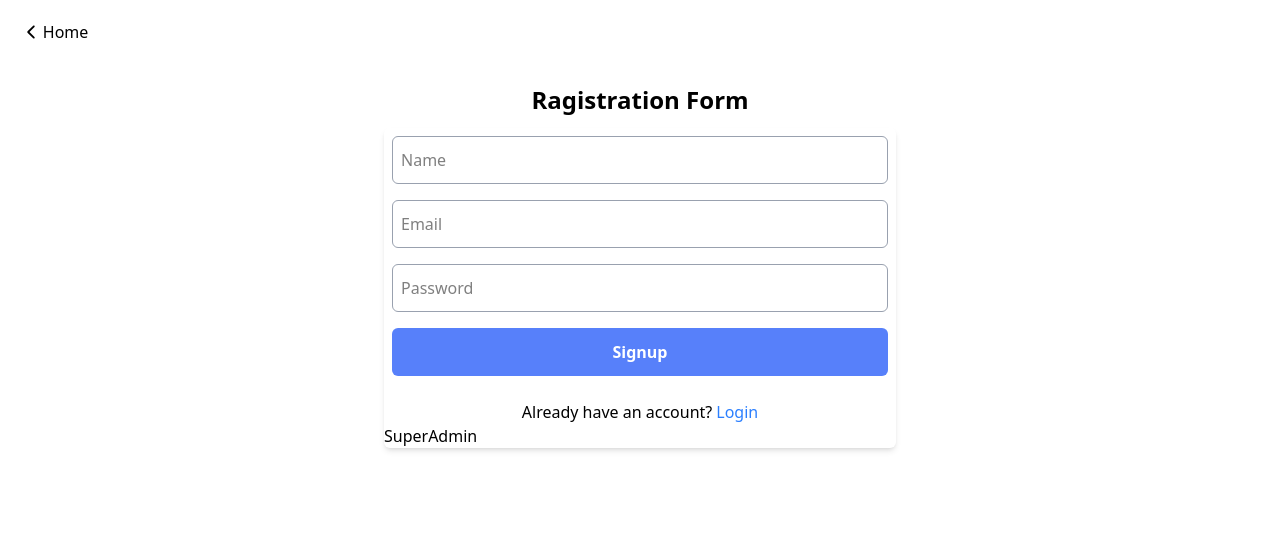
Repository: GAURAV-KUMAR22/restro-food-order-app
Page: /signup (app in qr-app/)
The author's editor kept a copy of each file at every save. The page is drawn from the files as they stood at one save, then again after the next save.
The browser window is 1280 px wide. The pictures show the whole page.
The page's requests for data from a server got no answer. The project was rebuilt for these pictures with package versions that can differ from the ones it lists, and the page was loaded fresh each time. No one was signed in, and anything a server would have sent is missing. Also part of the build but not shown: qr-app/vite.config.js, qr-app/src/Services/ProtectedRoutes.jsx, qr-app/src/components/CardItem.jsx, qr-app/src/components/CardDetails.jsx, qr-app/src/components/Client/CategoryCard.jsx, qr-app/src/Services/Socket.js, qr-app/src/components/Client/OrderStatusCard.jsx, qr-app/src/components/Client/SearchInput.jsx and 33 more.

Above is the page before, as saved 2025-06-11 09:39:44.

### qr-app/index.html
<!DOCTYPE html>
<html lang="en">
  <head>
    <meta charset="UTF-8" />
    <link rel="icon" type="image/svg+xml" href="/vite.svg" />
    <meta name="viewport" content="width=device-width, initial-scale=1.0" />
    <title>Vite + React</title>
    <style>
      @import url("https://fonts.googleapis.com/css2?family=Inter:ital,opsz,wght@0,14..32,100..900;1,14..32,100..900&display=swap");
    </style>
  </head>
  <body>
    <div id="root"></div>
    <script type="module" src="/src/main.jsx"></script>
  </body>
</html>

### qr-app/src/main.jsx
import React, { StrictMode } from "react";
import { createRoot } from "react-dom/client";
import "./index.css";
import App from "./App.jsx";
import { BrowserRouter } from "react-router-dom";
import { Provider } from "react-redux";
import store from "./Store/store.js";
import { AuthProvider } from "../Context/AuthProvider";

createRoot(document.getElementById("root")).render(
  // <StrictMode>
  <BrowserRouter>
    <Provider store={store}>
      <AuthProvider>
        <App />
      </AuthProvider>
    </Provider>
  </BrowserRouter>
  // </StrictMode>,
);

### qr-app/src/index.css
@import "tailwindcss";
.coverimg {
  background: url('/public/assets.image1.png');
}

### qr-app/src/App.jsx
import React, { useEffect } from "react";
import ScrollToTop from "./components/ScrollToTop";
import QrCode from "react-qr-code";
import { Suspense, lazy } from "react";
import { Route, Routes } from "react-router-dom";
import "./App.css";
import { ProtectedRoutes } from "./Services/ProtectedRoutes";
import { Home } from "./Pages/Clients/Home";
import { CartPage } from "./Pages/Clients/CartPage";
import { Category as FoodCategory } from "./Pages/Clients/Category";
import { PaymentsMethod } from "./Pages/Clients/PaymentsMethod";
import { DashBoardPage } from "./Pages/Admin/DashBoardPage";
import { NewProduct } from "./Pages/Admin/NewProduct";
import { NewCategory } from "./Pages/Admin/NewCategory";
import { Category } from "./Pages/Admin/Category";
import { OrderSuccess } from "./Pages/Clients/Order-Success";
import { Signup } from "./Pages/Auth/Signup";
import { Login } from "./Pages/Auth/Login";
import { UserInfo } from "./Pages/Clients/UserInfo";
import { PaymentPage } from "./Pages/Clients/PaymentPage";
import { OrderUpdate } from "./Pages/Admin/OrderUpdate";
import { TotalSale } from "./Pages/Admin/TotalSale";
import { GraphicalPage } from "./Pages/Admin/GraphicalPage";
import { ProductsDetails } from "./Pages/Clients/ProductsDetails";
import { CategoryView } from "./Pages/Admin/CategoryView";
import { TodayOrderStat } from "./Pages/Admin/TodayOrderStat";
import { io } from "socket.io-client";
import { useAuth } from "../Context/AuthProvider";

import { Toaster } from "react-hot-toast";
import { ShopDetails } from "./Pages/ShopDetails";
import { SuperAdminSignup } from "./Pages/Auth/SuperAdminSignup";
import { DashBoard } from "./Pages/SuperAdmin/DashBoard";
import { SuperAdminLogin } from "./Pages/Auth/SuperAdminLogin";
import { AllAdmin } from "./Pages/SuperAdmin/AllAdmin";
import { PendingAdmins } from "./Pages/SuperAdmin/PendingAdmins";

const backendUrl =
  import.meta.env.VITE_MODE === "Production"
    ? import.meta.env.VITE_BACKEND_PROD
    : import.meta.env.VITE_BACKEND_DEV;

const socket = io(backendUrl);
function App() {
  const { isAuthenticated } = useAuth();

  useEffect(() => {
    const handleConnect = () => {};

    const handleDisconnect = () => {};

    socket.on("connect", handleConnect);
    socket.on("disconnect", handleDisconnect);

    return () => {
      socket.off("connect", handleConnect);
      socket.off("disconnect", handleDisconnect);
    };
  }, []);

  return (
    <div className="box-border">
      <QrCode
        value="https://food-order-app-1-jddi.onrender.com/"
        className="hidden"
      />
      <ScrollToTop />

      <Suspense
        fallback={
          <div className="m duration-400 x-auto my-auto w-[98%] animate-pulse">
            <div>
              <div className="mb-4 h-[250px] rounded-lg bg-gray-400"></div>
            </div>
            <div className="mb-4 h-[30px] w-full rounded bg-gray-400"></div>
            <div className="mb-8 flex gap-4">
              {[...Array(5)].map((_, i) => (
                <div
                  key={i}
                  className="h-[180px] w-[170px] rounded-2xl bg-gray-400"
                ></div>
              ))}
            </div>
            <div className="mb-4 flex gap-4">
              {[...Array(5)].map((_, i) => (
                <div
                  key={i}
                  className="h-[180px] w-[170px] rounded-2xl bg-gray-400"
                ></div>
              ))}
            </div>
            <div className="mb-4 h-[35px] w-full rounded bg-gray-400"></div>
            <div className="mb-4 h-[35px] w-full rounded bg-gray-400"></div>
          </div>
        }
      >
        <Routes className="min-w-[375px] h-auto">
          {/* SuperAdmin */}

          <Route path="/signup/superadmin" element={<SuperAdminSignup />} />
          <Route path="/login/superadmin" element={<SuperAdminLogin />} />
          <Route path="/superAdmin" element={<DashBoard />} />
          <Route path="/superAdmin/admin-list" element={<AllAdmin />} />
          <Route path="/superAdmin/pending-admin" element={<PendingAdmins />} />

          {/* Client */}
          <Route index element={<ShopDetails />} />
          <Route path="/login" element={<Login />} />
          <Route path="/signup" element={<Signup />} />
          {/* Default for /shop/:shop */}
          <Route path="/shop/:shopId">
            <Route index element={<Home />} /> {/* Default for /shop/:shop */}
            <Route path="user-info" element={<UserInfo />} />
            <Route path="product/:id" element={<ProductsDetails />} />
            <Route path="cart" element={<CartPage />} />
            <Route path="cart-bill" element={<PaymentsMethod />} />
            <Route path=":category" element={<FoodCategory />} />
            <Route path="payment" element={<PaymentPage />} />
            <Route path="order-success" element={<OrderSuccess />} />
          </Route>
          {/* Admin Protected Routes */}
          <Route path="/" element={<ProtectedRoutes />} className="box-border">
            <Route index path="/admin" element={<DashBoardPage />} />
            <Route path="/admin/createProduct" element={<NewProduct />} />
            <Route path="/admin/Category" element={<Category />} />
            <Route path="/admin/newCategory" element={<NewCategory />} />
            <Route path="/admin/:category" element={<CategoryView />} />
            <Route path="/admin/pending-orders" element={<OrderUpdate />} />
            <Route path="/admin/totelsale" element={<TotalSale />} />
            <Route path="/admin/data-visualize" element={<GraphicalPage />} />
            <Route path="/admin/today-orders" element={<TodayOrderStat />} />
          </Route>
        </Routes>
      </Suspense>
      <Toaster />
    </div>
  );
}

export default App;

### qr-app/src/Store/store.js
import { configureStore } from "@reduxjs/toolkit";
import cartSlice from "../Redux/Cart/index.js";
const store = configureStore({
    reducer: {
        cart: cartSlice
    }
});
export default store;

### qr-app/Context/AuthProvider.jsx
import React, { createContext, useContext, useEffect, useState } from "react";
import PrivateAxios from "../src/Services/PrivateAxios.js";

const AuthContext = createContext();

export const AuthProvider = ({ children }) => {
  const [isAuthenticated, setAuthenticated] = useState(false);
  const [loading, setLoading] = useState(true);

  useEffect(() => {
    const checkAuth = async () => {
      try {
        const res = await PrivateAxios.get("/auth/check");
        setAuthenticated(res.data.authenticated);
      } catch {
        setAuthenticated(false);
      } finally {
        setLoading(false);
      }
    };

    checkAuth();
  }, []);

  if (loading) return <div>Loading...</div>;

  return (
    <AuthContext.Provider value={{ isAuthenticated, setAuthenticated }}>
      {children}
    </AuthContext.Provider>
  );
};

export const useAuth = () => useContext(AuthContext);

### qr-app/src/components/ScrollToTop.jsx
// ScrollToTop.jsx
import { useEffect } from "react";
import { useLocation } from "react-router-dom";

const ScrollToTop = () => {
    const { pathname } = useLocation();

    useEffect(() => {
        // Scrolls to top whenever pathname changes
        window.scrollTo(0, 0);
    }, [pathname]);

    return null;
};

export default ScrollToTop;

### qr-app/src/Pages/Auth/Signup.jsx
import React, { useState } from "react";
import { Link, Links, useNavigate } from "react-router-dom";
import publicAxios from "../../Services/PublicAxios";
import { ReverseButton } from "../../components/Client/ReverseButton";
export const Signup = () => {
  const naviagate = useNavigate();
  const [form, setForm] = useState({
    name: "",
    email: "",
    password: "",
  });
  const [errors, setErrors] = useState({});

  const validate = () => {
    const newErrors = {};

    if (!form.name) {
      newErrors.name = "Name is required";
    }

    const emailRegex = /^[a-zA-Z0-9._%+-]+@[a-zA-Z0-9-]+(?:\.[a-zA-Z]{2,})+$/;

    if (!form.email.trim() || !emailRegex.test(form.email)) {
      newErrors.email = "Email is not correct";
    }

    const passwordRezax =
      /(?=.*[A-Z])(?=.*[a-z])(?=.*\d)(?=.*[@*$%&+=!]).{8,}$/;

    if (!form.password.trim() || !passwordRezax.test(form.password)) {
      newErrors.password =
        "Password must be Atleats One upparcase later and one lowercase and any symbol";
    }

    setErrors(newErrors);
    return Object.keys(newErrors).length === 0;
  };

  async function handleForm(e) {
    e.preventDefault();
    if (validate()) {
      const resoponce = await publicAxios.post("/auth/signup", form);
      if (!resoponce.status === 201) {
        throw new Error({ message: "Responce Failed" });
      }
      naviagate("/login");
    }
  }

  function handleInput(e) {
    e.preventDefault();
    const { name, value } = e.target;
    setForm({ ...form, [name]: value });
  }
  return (
    <div className="  my-0  relative">
      <div className="flex justify-start w-[98%] mx-auto mt-3">
        <ReverseButton route={"/"} routeName={"Home"} css={"text-left"} />
      </div>
      <div className="mt-10 flex flex-col items-center ">
        <h2 className="flex justify-center text-2xl font-semibold">
          Ragistration Form
        </h2>
        <form
          onSubmit={handleForm}
          className="w-full sm:w-full md:w-[50%] lg:w-[40%] m-3 shadow-md rounded-md flex flex-col justify-center"
        >
          <div className="flex flex-col">
            <input
              type="text"
              name="name"
              placeholder="Name"
              required
              className="m-2 border border-gray-400 pl-2 h-12 rounded-md"
              onChange={handleInput}
            />
            {errors.name && <p style={{ color: "red" }}>{errors.name}</p>}
          </div>
          <div className="flex flex-col">
            <input
              type="email"
              name="email"
              placeholder="Email"
              required
              className="m-2 border border-gray-400 pl-2 h-12 rounded-md"
              onChange={handleInput}
            />
            {errors.email && <p style={{ color: "red" }}>{errors.email}</p>}
          </div>
          <div className="flex flex-col">
            <input
              type="password"
              name="password"
              placeholder="Password"
              required
              className="m-2 border border-gray-400 pl-2 h-12 rounded-md"
              onChange={handleInput}
            />
            {errors.password && (
              <p style={{ color: "red" }}>{errors.password}</p>
            )}
          </div>

          {/* 🛠 No extra div! Directly button */}
          <button
            type="submit"
            className="m-2 bg-[#5780FA] text-white font-semibold h-12 rounded-md hover:bg-blue-600 transition duration-300"
          >
            Signup
          </button>

          <p className="flex justify-center mt-4">
            Already have an account?
            <Link className="text-blue-500 ml-1" to="/login">
              Login
            </Link>
          </p>
          <p>
            <Link to={"/signup/superadmin"}>SuperAdmin</Link>
          </p>
        </form>
      </div>
    </div>
  );
};

### qr-app/src/Redux/Cart/index.js
import { createSlice } from "@reduxjs/toolkit";

// Helper to load cart from localStorage
const getInitialCart = () => {
  const storedCart = localStorage.getItem("cart");
  return storedCart ? JSON.parse(storedCart) : [];
};

export const cartSlice = createSlice({
  name: "cart",
  initialState: {
    cartItems: getInitialCart(), // Load initial cart state from localStorage
  },
  reducers: {
    addToCart: (state, action) => {
      const product = action.payload;
      const existingItem = state.cartItems.find(
        (item) => item._id === product._id
      );

      if (existingItem) {
        existingItem.quantity += 1;
      } else {
        state.cartItems.push({ ...product, quantity: 1 });
      }

      // Sync with localStorage
      localStorage.setItem("cart", JSON.stringify([...state.cartItems]));
    },

    incrementCart: (state, action) => {
      const item = state.cartItems.find((item) => item._id === action.payload);
      if (item) {
        item.quantity += 1;
        localStorage.setItem("cart", JSON.stringify([...state.cartItems]));
      }
    },

    removeFromCart: (state, action) => {
      const productId = action.payload;
      const existingItem = state.cartItems.find(
        (item) => item._id === productId
      );

      if (existingItem) {
        if (existingItem.quantity > 1) {
          existingItem.quantity -= 1;
        } else {
          state.cartItems = state.cartItems.filter(
            (item) => item._id !== productId
          );
        }
        localStorage.setItem("cart", JSON.stringify([...state.cartItems]));
      }
    },

    updateQuantity: (state, action) => {
      const { id, quantity } = action.payload;
      const itemIndex = state.cartItems.findIndex((item) => item._id === id);

      if (itemIndex !== -1) {
        if (quantity === 0) {
          state.cartItems.splice(itemIndex, 1); // Remove item
        } else {
          state.cartItems[itemIndex].quantity = quantity; // Update quantity
        }
      }

      localStorage.setItem("cart", JSON.stringify([...state.cartItems]));
    },

    clearCart: (state) => {
      state.cartItems = [];
      localStorage.removeItem("cart");
    },

    loadCartFromLocalStorage: (state) => {
      const storedCart = localStorage.getItem("cart");
      if (storedCart) {
        state.cartItems = JSON.parse(storedCart);
      }
    },

    syncCartFromLocalStorage: (state) => {
      const cart = localStorage.getItem("cart");
      state.cartItems = cart ? JSON.parse(cart) : [];
    },
  },
});

export const {
  addToCart,
  removeFromCart,
  incrementCart,
  loadCartFromLocalStorage,
  clearCart,
  syncCartFromLocalStorage,
  updateQuantity,
} = cartSlice.actions;

export default cartSlice.reducer;

### qr-app/src/Services/PrivateAxios.js
import axios from "axios";

const PrivateAxios = axios.create({
  baseURL: `${
    import.meta.env.VITE_MODE === "Production"
      ? import.meta.env.VITE_BACKEND_PROD
      : import.meta.env.VITE_BACKEND_DEV
  }/api/v1`,
  headers: {
    "Content-Type": "application/json",
  },
  withCredentials: true, // ✅ Required for sending cookies with requests
});

PrivateAxios.interceptors.request.use(
  (response) => response,
  (error) => {
    if (error.response?.status === 401) {
      console.warn("Unauthorized. Possibly invalid or expired session.");
      // Optional: redirect to login or clear local app state
      // window.location.href = "/login";
    }
    return Promise.reject(error);
  }
);

export default PrivateAxios;

### qr-app/src/Pages/Clients/Home.css
* {
  box-sizing: border-box;
}

.hide-scrollbar::-webkit-scrollbar {
  display: none;
}
.hide-scrollbar {
  -ms-overflow-style: none; /* IE and Edge */
  scrollbar-width: none; /* Firefox */
}

.search-container {
  margin: 16px;
  position: static;
  width: 343;
  height: 78;
  top: 224px;
  left: 16px;
  gap: 12px;
}

.search-container p {
  text-align: center;
}

.search-input {
  width: 343px;
  height: 40px;
  gap: 4px;
  border-radius: 8px;
  padding-top: 10px;
  padding-right: 16px;
  padding-bottom: 10px;
  padding-left: 16px;
  border-width: 1px;
  text-align: center;
  border: 1px solid #cdd6de;
}

.food-items {
  display: flex;
  margin: 10px 0 10px 10px;
  overflow-x: scroll;
  gap: 10px;
}

.item-card {
  width: 62px;
  height: 82px;
  gap: 2px;
  text-align: center;
}

.item-card p {
  width: 62;
  height: 18;
  font-family: Inter;
  font-weight: 500;
  font-size: 11px;
  line-height: 17.6px;
  letter-spacing: -0.4%;
  text-align: center;
  padding-left: 2px;
}

.best-seller-item {
  margin: 10px;
}

.detail-card {
  min-width: 140px;
  max-height: 140px;
  gap: 4px;
  border-radius: 16px;
  padding: 8px;
  margin-bottom: 10px;
  background: #ffffff;
  overflow-x: scroll;
  margin: 5px;
}

.detail-card img {
  /* width: 90; */
  height: 65;
  justify-content: center;
  align-items: center;
  display: flex;
  text-align: center;
}

.detail-card-head {
  display: flex;
  gap: 80px;
  margin-top: 10px;
  justify-content: space-between;
}

.cardList {
  display: flex;
  gap: 4px;
}

.detail-card h3 p {
  width: 108px;
  height: 23px;
  font-family: Inter;
  font-weight: 500;
  font-size: 14px;
  line-height: 22.4px;
  letter-spacing: -1%;
  background: #000000;
}

.burger-item-list {
  width: 344px;
  height: 169px;
  justify-content: space-between;
  display: flex;
  flex-wrap: wrap;
}

.detail-card button {
  width: 132px;
  height: 32px;
  gap: 10px;
  border-radius: 8px;
  padding-top: 4px;
  padding-right: 8px;
  padding-left: 8px;
  border-width: 1px;
  background: #f9d718;
  border: 1px solid #f9d718;
}

.detail-card-specil {
  width: 159px;
  height: 169px;
  padding-inline: 10px;
  border-radius: 16px;
  background: #ffffff;
  box-shadow: 0px 10px 20px 0px #adb3561a;
}

/* Burger Page */

.item-cards {
  display: flex;
  width: 375;
  height: 58;
  top: 44px;
  gap: 10px;
  padding-right: 21px;
  padding-bottom: 16px;
  padding-left: 21px;
}

.item-card a {
  display: flex;
  gap: 2px;
}

.burger-item-list {
  display: grid;
  align-content: flex-start;
  flex-wrap: wrap;
  top: 110px;
  left: 16px;
}

/* Orders page */

.order-container {
  background: #ffffff;
}

.orderDetils {
  width: 100%;
  min-width: 344;
  height: 12;
  justify-content: space-between;
  border-radius: 16px;
  padding: 8px;
}

.order-detils-card {
  display: flex;
  width: 344;
  height: 120;
  justify-content: space-between;
  border-radius: 16px;
  margin: 5px;
  background: #ffffff;
  box-shadow: 5px 5px rgba(235, 235, 240, 0.8);
}

.left {
  margin: 10px;
  width: 150;
  height: 94;
  gap: 16px;
}

.left h4 {
  width: 120px;
  height: 26px;
  font-family: Inter;
  font-weight: 550;
  font-size: 20px;
  line-height: 25.6px;
  letter-spacing: -1%;
}

.right {
  width: 102px;
  height: 130px;
  gap: 8px;
  margin: 6px;
}

.right img {
  width: 85;
  height: 64;
  object-fit: fill;
}

/* .order-quantityBtn {
    width: 100px;
    height: 32;
    justify-content: space-between;
    border-radius: 8px;
    padding: 5px;
    border-width: 1px;
    display: flex;
    margin-inline: 10px;
    background-color: #F9D718;
    margin-inline: 10px;
    gap: 10px;

} */

/*
.order-quantityBtn p {
    display: flex;
    align-items: center;
    justify-content: center;
} */

/* .order-quantityBtn img {
    justify-content: center;
    align-items: center;
    width: 50px;
} */

.order-calc div {
  justify-content: space-between;
  margin: 16px;
  display: flex;
  width: 343;
  height: 128;
  top: 558px;
  left: 16px;
  gap: 16px;
}

.order-btn {
  /* position: unset;
    margin-left: 14px;
    display: flex;
    width: 99%;
    margin-right: 30px;
    height: 40px;
    top: 731px;
    left: 16px;
    gap: 10px; */
  margin: 0 auto;
  width: 90%;
  border-radius: 8px;
  border-width: 1px;
  padding-top: 4px;
  padding-right: 8px;
  padding-bottom: 4px;
  padding-left: 8px;
  background: #f9d718;
  border: 1px solid #ae9507;
  box-shadow: 0px 10px 20px 0px #0000001a;
}

.payment-method {
  width: 343;
  height: 560;
  top: 68px;
  left: 16px;
  gap: 8px;
}

.payment-method p {
  width: 149;
  height: 23;
  font-family: Inter;
  font-weight: 400;
  font-size: 14px;
  line-height: 22.4px;
  letter-spacing: 0%;
  text-align: center;
}

.amount {
  justify-content: center;
  align-items: center;
  text-align: center;
}

/* Table styling */
.styled-table {
  width: 100%;
  font-family: Arial, sans-serif;
  border: none;
  max-height: 250px;
  justify-content: first baseline;
  align-content: first baseline;
}

.styled-table thead tr {
  text-align: left;
  padding: 10px;
  border-bottom: 1px solid black;
}

.styled-table td {
  padding: 10px;
  text-align: start;
}

.styled-table tbody tr:nth-child(even) {
  background-color: #f2f2f2;
}

.styled-table tbody tr:hover {
  background-color: #ddd;
}

.styled-table td:first-child {
  text-align: left;
  font-weight: bold;
}

.icCard {
  margin: 0 auto;
  align-items: center;
  justify-content: center;
  display: flex;
}

.star-icon:hover {
  color: inherit !important;
  transform: none !important;
}

### qr-app/src/Services/PublicAxios.js
import axios from "axios";
const publicAxios = axios.create({
  baseURL: `${
    import.meta.env.VITE_MODE === "Production"
      ? import.meta.env.VITE_BACKEND_PROD
      : import.meta.env.VITE_BACKEND_DEV
  }/api/v1`,
  headers: {
    "Content-Type": "application/json",
  },
});

export default publicAxios;

### qr-app/src/components/Client/ReverseButton.jsx
import React from "react";
import { IoIosArrowBack } from "react-icons/io";
import { Link } from "react-router-dom";

export const ReverseButton = ({ route, routeName, css }) => {
  return (
    <Link
      className={`flex ${css} gap-[4px] items-center justify-start  ml-2 mt-2`}
      to={`${route}`}
    >
      <span className="w-[18px] h-[20px]">
        <IoIosArrowBack size={20} />
      </span>
      <span className="text-base font-medium capitalize"> {routeName} </span>
    </Link>
  );
};

Loaded but not shown: qr-app/src/App.css (common file)

After the next save:
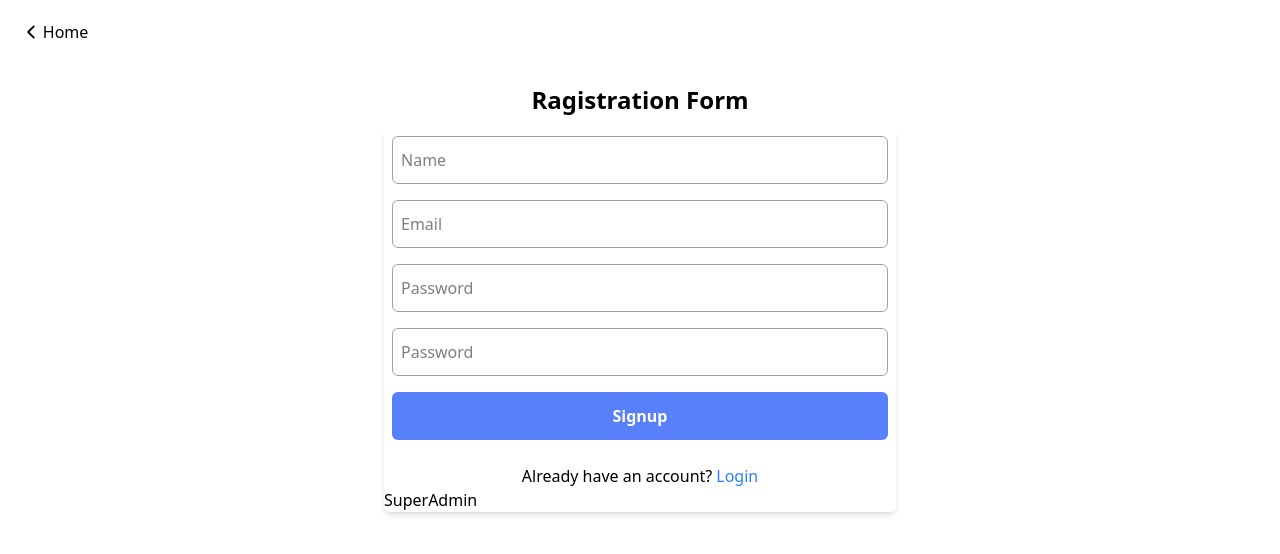
Saved 52 s later.
--- a/qr-app/src/Pages/Auth/Signup.jsx
+++ b/qr-app/src/Pages/Auth/Signup.jsx
@@ -100,6 +100,19 @@ export const Signup = () => {
               <p style={{ color: "red" }}>{errors.password}</p>
             )}
           </div>
+          <div className="flex flex-col">
+            <input
+              type="password"
+              name="password"
+              placeholder="Password"
+              required
+              className="m-2 border border-gray-400 pl-2 h-12 rounded-md"
+              onChange={handleInput}
+            />
+            {errors.password && (
+              <p style={{ color: "red" }}>{errors.password}</p>
+            )}
+          </div>
 
           {/* 🛠 No extra div! Directly button */}
           <button
